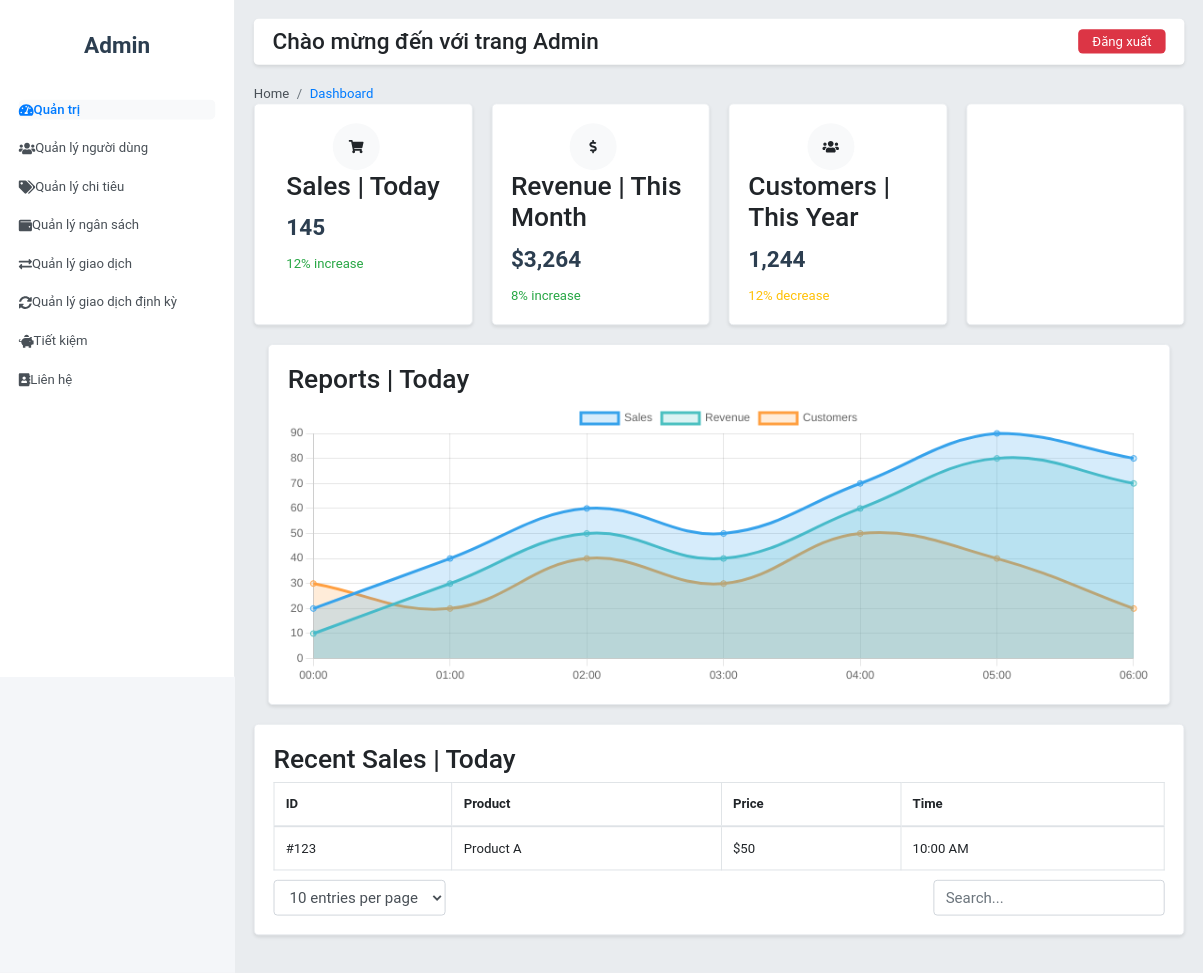
Repository: PhanVanHoa051204/Project3
Page: http://localhost/Project3/dashboard.jsp
The author's editor kept a copy of each file at every save. The page is drawn from the files as they stood at one save, then again after the next save.
The browser window is 1280 px wide. The pictures show the whole page, at 94% of full size.
The page is served by Tomcat 9.

Above is the page before, as saved 2025-03-14 18:47:11.
Console error: TypeError: Cannot read properties of null (reading 'getContext')

After the next save:
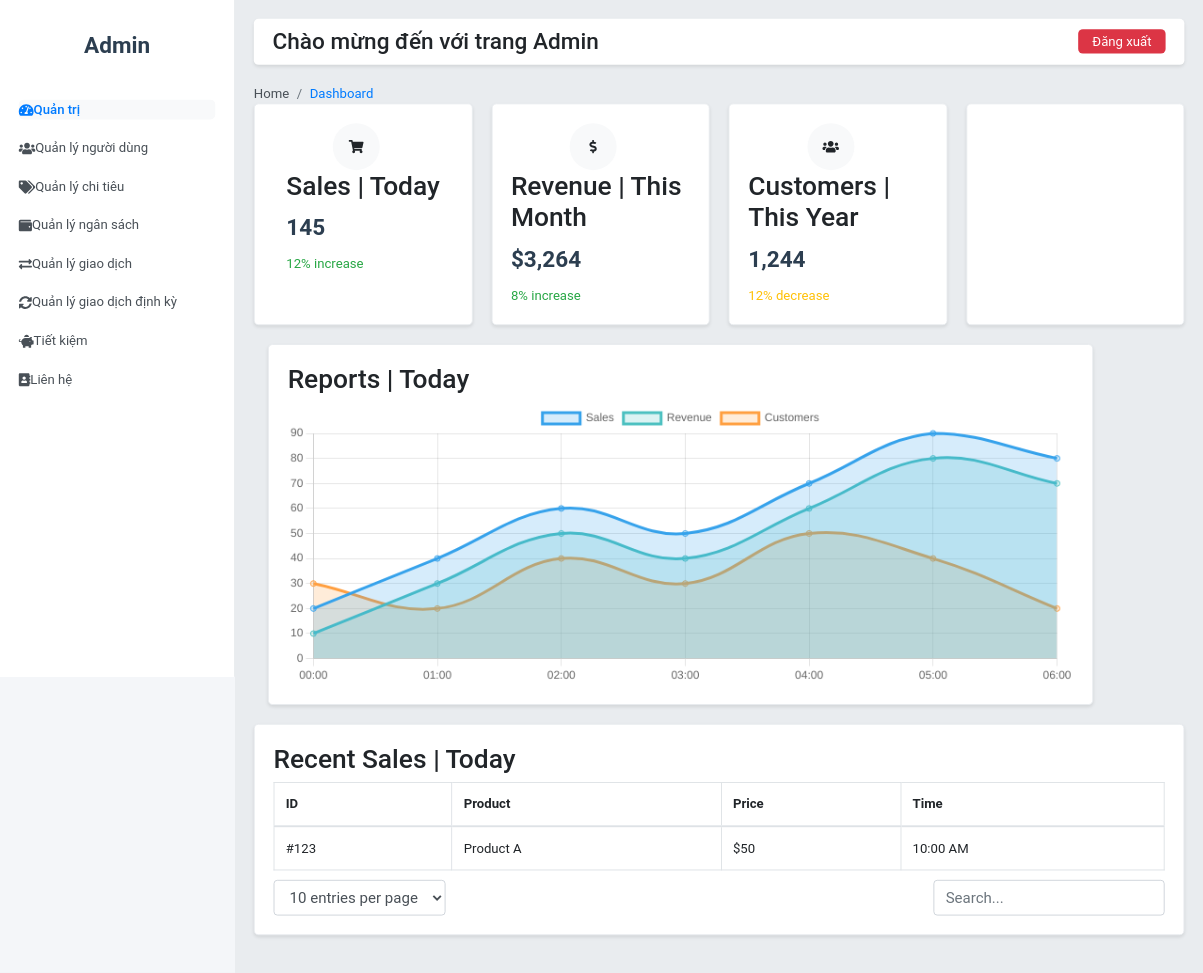
Saved 6 s later.
--- a/PhanVanHoa_2210900023_K22CNT1/Project3/src/main/webapp/dashboard.jsp
+++ b/PhanVanHoa_2210900023_K22CNT1/Project3/src/main/webapp/dashboard.jsp
@@ -117,7 +117,7 @@
 					</div>
 
 					<div class="row">
-						<div class="col-md-12">
+						<div class="col-md-11">
 							<div class="chart-section">
 								<h3>Reports | Today</h3>
 								<canvas id="reportsChart"></canvas>
